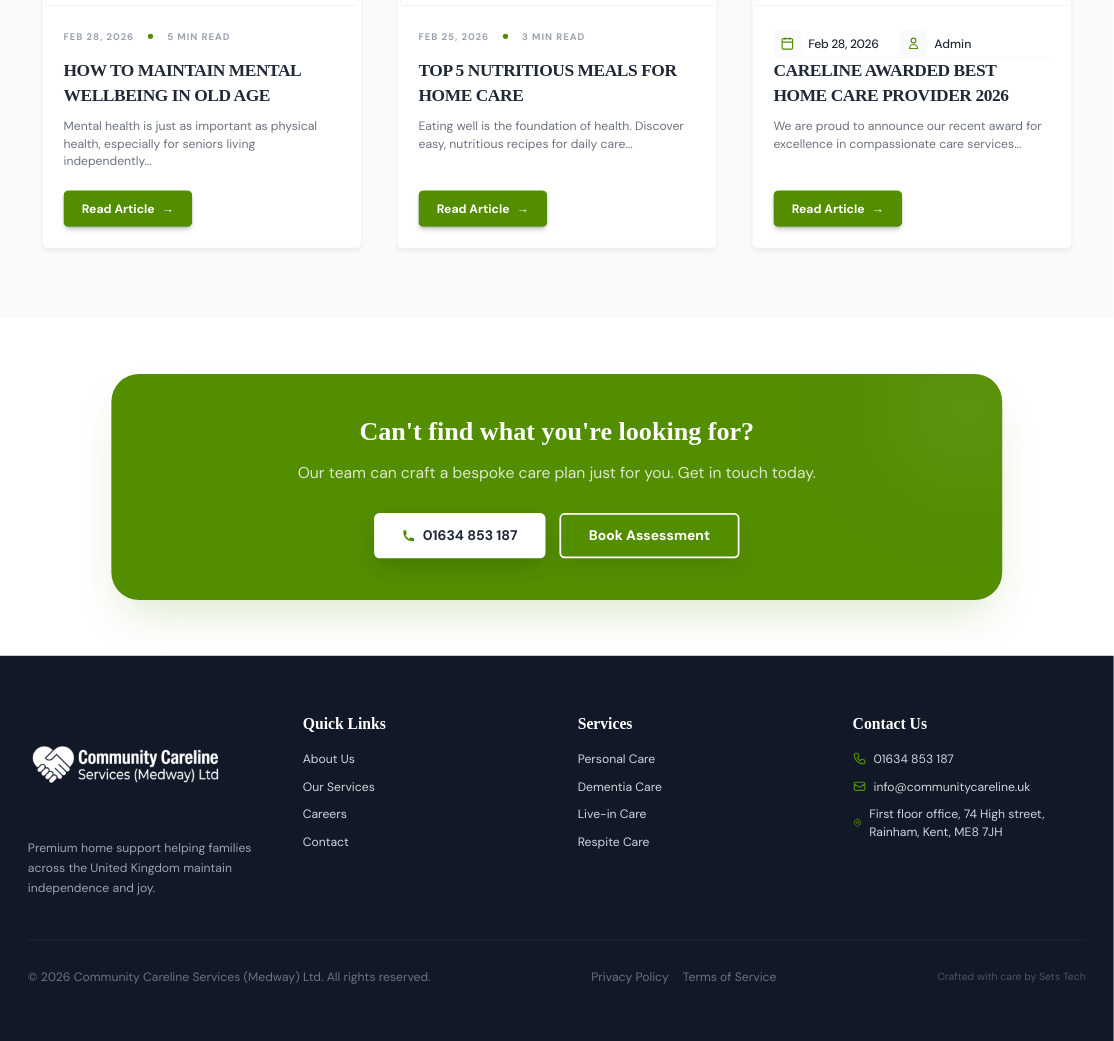
Repository: Iqbalhossen07/care
Page: http://localhost/blogs.php
These files come from the project's save history. The page is drawn as it stood at one moment and after the next save; the edit follows.
The browser window is 1280 px wide. The pictures show the part of the page from y = 740 to 1982 px (the page is 1937 px tall before and 1982 px after), at 87% of full size.
Some web fonts or font styles are not loaded; a fallback is used. Some web libraries are served in a nearby version. The page is run by PHP 8.4 with error messages shown; the project is at /var/www/html/.

Above is the page before, as saved 2026-02-28 08:07:53.

### blogs.php
<?php include('head.php') ?>

<body class="font-body text-gray-600 antialiased bg-white">
    <!-- header section  -->
    <?php include('header.php') ?>

    <!-- breadcrumb section -->
    <section class="relative h-[250px] flex items-center overflow-hidden bg-darkText">
        <div class="absolute inset-0 z-0">
            <img src="https://images.unsplash.com/photo-1499750310107-5fef28a66643?auto=format&fit=crop&w=1500&q=80"
                class="w-full h-full object-cover opacity-30" alt="Careline Blog">
            <div class="absolute inset-0 bg-gradient-to-r from-darkText via-darkText/90 to-transparent"></div>
        </div>

        <div class="max-w-7xl mx-auto px-6 lg:px-12 relative z-10 w-full">
            <nav class="flex mb-4 text-sm font-medium">
                <ol class="inline-flex items-center space-x-2">
                    <li><a href="index.php" class="text-gray-400 hover:text-brand transition-colors">Home</a></li>
                    <li class="text-gray-600">/</li>
                    <li class="text-brand font-bold uppercase tracking-widest text-[11px] md:text-sm">Blogs & News</li>
                </ol>
            </nav>
            <h1 class="font-heading text-4xl md:text-5xl font-bold text-white mb-2 tracking-tight">Expert Care Insights
            </h1>
            <p class="text-gray-300 text-lg max-w-2xl">Read our latest articles about health, home care, and wellbeing.
            </p>
        </div>
    </section>

    <!-- blog section -->
    <section class="py-20 bg-lightBg">
        <div class="max-w-7xl mx-auto px-6 lg:px-12">

            <div class="mb-12 flex flex-wrap items-center justify-between gap-6">
                <div class="flex flex-wrap gap-3" id="blog-filters">
                    <button data-filter="all"
                        class="filter-btn active px-6 py-2.5 rounded-full text-sm font-bold transition-all border border-brand bg-brand text-white shadow-lg shadow-brand/20">All
                        Posts</button>
                    <button data-filter="health"
                        class="filter-btn px-6 py-2.5 rounded-full text-sm font-bold transition-all border border-gray-200 bg-white text-darkText hover:border-brand/50 shadow-sm">Health
                        Tips</button>
                    <button data-filter="lifestyle"
                        class="filter-btn px-6 py-2.5 rounded-full text-sm font-bold transition-all border border-gray-200 bg-white text-darkText hover:border-brand/50 shadow-sm">Lifestyle</button>
                    <button data-filter="company"
                        class="filter-btn px-6 py-2.5 rounded-full text-sm font-bold transition-all border border-gray-200 bg-white text-darkText hover:border-brand/50 shadow-sm">Company
                        News</button>
                </div>

                <p class="text-sm font-medium text-gray-400 uppercase tracking-widest">Showing <span id="post-count"
                        class="text-brand">6</span> Articles</p>
            </div>

            <div class="grid grid-cols-1 md:grid-cols-2 lg:grid-cols-3 gap-8 md:gap-10" id="blog-container">

                <article
                    class="blog-card group bg-white rounded-md border border-gray-100 shadow-md shadow-black/5 hover:shadow-xl hover:shadow-black/10 transition-all duration-300 flex flex-col overflow-hidden"
                    data-category="health">
                    <div
                        class="relative h-60 overflow-hidden border-[6px] border-white ring-1 ring-black/5 m-1 rounded-sm">
                        <img src="https://images.unsplash.com/photo-1571019613454-1cb2f99b2d8b?auto=format&fit=crop&w=800&q=80"
                            class="w-full h-full object-cover transition-transform duration-700 group-hover:scale-110">
                        <span
                            class="absolute top-4 left-4 bg-brand text-white text-[10px] font-bold px-3 py-1 rounded-sm uppercase tracking-tighter">Health</span>
                    </div>
                    <div class="p-6 flex flex-col flex-1">
                        <div
                            class="flex items-center gap-4 mb-4 text-[11px] font-bold text-gray-400 uppercase tracking-widest">
                            <span>Feb 28, 2026</span>
                            <span class="w-1.5 h-1.5 rounded-full bg-brand"></span>
                            <span>5 Min Read</span>
                        </div>
                        <h3
                            class="font-heading text-xl font-bold text-darkText mb-3 group-hover:text-brand transition-colors line-clamp-2 uppercase tracking-tight">
                            How to Maintain Mental Wellbeing in Old Age</h3>
                        <p class="text-gray-500 text-sm mb-6 line-clamp-3">Mental health is just as important as
                            physical health, especially for seniors living independently...</p>

                        <a href="blog-details.php"
                            class="mt-auto self-start inline-flex items-center justify-center px-5 py-2.5 border border-transparent text-sm font-bold rounded-md text-white bg-brand hover:bg-brandDark shadow-md shadow-black/20 hover:shadow-lg hover:shadow-black/30 transition-all duration-300 transform hover:-translate-y-1 group/btn">
                            Read Article
                            <span
                                class="ml-2 transform group-hover/btn:translate-x-1 transition-transform">&rarr;</span>
                        </a>
                    </div>
                </article>

                <article
                    class="blog-card group bg-white rounded-md border border-gray-100 shadow-md shadow-black/5 hover:shadow-xl hover:shadow-black/10 transition-all duration-300 flex flex-col overflow-hidden"
                    data-category="lifestyle">
                    <div
                        class="relative h-60 overflow-hidden border-[6px] border-white ring-1 ring-black/5 m-1 rounded-sm">
                        <img src="https://images.unsplash.com/photo-1516733725897-1aa73b87c8e8?auto=format&fit=crop&w=800&q=80"
                            class="w-full h-full object-cover transition-transform duration-700 group-hover:scale-110">
                        <span
                            class="absolute top-4 left-4 bg-brand text-white text-[10px] font-bold px-3 py-1 rounded-sm uppercase tracking-tighter">Lifestyle</span>
                    </div>
                    <div class="p-6 flex flex-col flex-1">
                        <div
                            class="flex items-center gap-4 mb-4 text-[11px] font-bold text-gray-400 uppercase tracking-widest">
                            <span>Feb 25, 2026</span>
                            <span class="w-1.5 h-1.5 rounded-full bg-brand"></span>
                            <span>3 Min Read</span>
                        </div>
                        <h3
                            class="font-heading text-xl font-bold text-darkText mb-3 group-hover:text-brand transition-colors line-clamp-2 uppercase tracking-tight">
                            Top 5 Nutritious Meals for Home Care</h3>
                        <p class="text-gray-500 text-sm mb-6 line-clamp-3">Eating well is the foundation of health.
                            Discover easy, nutritious recipes for daily care...</p>

                        <a href="blog-details.php"
                            class="mt-auto self-start inline-flex items-center justify-center px-5 py-2.5 border border-transparent text-sm font-bold rounded-md text-white bg-brand hover:bg-brandDark shadow-md shadow-black/20 hover:shadow-lg hover:shadow-black/30 transition-all duration-300 transform hover:-translate-y-1 group/btn">
                            Read Article
                            <span
                                class="ml-2 transform group-hover/btn:translate-x-1 transition-transform">&rarr;</span>
                        </a>
                    </div>
                </article>

                <article
                    class="blog-card group bg-white rounded-md border border-gray-100 shadow-md shadow-black/5 hover:shadow-xl hover:shadow-black/10 transition-all duration-300 flex flex-col overflow-hidden"
                    data-category="company">
                    <div
                        class="relative h-60 overflow-hidden border-[6px] border-white ring-1 ring-black/5 m-1 rounded-sm">
                        <img src="https://images.unsplash.com/photo-1582213782179-e0d53f98f2ca?auto=format&fit=crop&w=800&q=80"
                            class="w-full h-full object-cover transition-transform duration-700 group-hover:scale-110">
                        <span
                            class="absolute top-4 left-4 bg-brand text-white text-[10px] font-bold px-3 py-1 rounded-sm uppercase tracking-tighter">Company</span>
                    </div>
                    <div class="p-6 flex flex-col flex-1">
                        <div class="flex flex-wrap items-center gap-6  border-b border-gray-100">

                            <div class="text-gray-500 text-sm flex items-center gap-2">
                                <div class="w-8 h-8 rounded-lg bg-lightBg flex items-center justify-center">
                                    <svg class="w-4 h-4 text-brand" fill="none" stroke="currentColor"
                                        viewBox="0 0 24 24" stroke-width="2">
                                        <rect x="3" y="4" width="18" height="18" rx="2" ry="2"></rect>
                                        <line x1="16" y1="2" x2="16" y2="6"></line>
                                        <line x1="8" y1="2" x2="8" y2="6"></line>
                                        <line x1="3" y1="10" x2="21" y2="10"></line>
                                    </svg>
                                </div>
                                <span class="font-medium text-darkText tracking-tight">Feb 28, 2026</span>
                            </div>
                            <div class="text-gray-500 text-sm flex items-center gap-2">
                                <div class="w-8 h-8 rounded-lg bg-lightBg flex items-center justify-center">
                                    <svg class="w-4 h-4 text-brand" fill="none" stroke="currentColor"
                                        viewBox="0 0 24 24" stroke-width="2">
                                        <path stroke-linecap="round" stroke-linejoin="round"
                                            d="M16 7a4 4 0 11-8 0 4 4 0 018 0zM12 14a7 7 0 00-7 7h14a7 7 0 00-7-7z" />
                                    </svg>
                                </div>
                                <span class="font-medium text-darkText">Admin</span>
                            </div>
                        </div>
                        <h3
                            class="font-heading text-xl font-bold text-darkText mb-3 group-hover:text-brand transition-colors line-clamp-2 uppercase tracking-tight">
                            Careline Awarded Best Home Care Provider 2026</h3>
                        <p class="text-gray-500 text-sm mb-6 line-clamp-3">We are proud to announce our recent award for
                            excellence in compassionate care services...</p>

                        <a href="blog-details.php"
                            class="mt-auto self-start inline-flex items-center justify-center px-5 py-2.5 border border-transparent text-sm font-bold rounded-md text-white bg-brand hover:bg-brandDark shadow-md shadow-black/20 hover:shadow-lg hover:shadow-black/30 transition-all duration-300 transform hover:-translate-y-1 group/btn">
                            Read Article
                            <span
                                class="ml-2 transform group-hover/btn:translate-x-1 transition-transform">&rarr;</span>
                        </a>
                    </div>
                </article>

            </div>
        </div>
    </section>

    <!-- cta section -->
    <?php include('cta.php') ?>

    <!-- footer section -->
    <?php include('footer.php') ?>

    <!-- js section -->
    <script src="main.js"></script>
</body>

</html>

### head.php
<!DOCTYPE html>
<html lang="en" class="scroll-smooth">

<head>
    <meta charset="UTF-8">
    <meta name="viewport" content="width=device-width, initial-scale=1.0">
    <title>Community Careline Services (Medway) Ltd</title>
    <link
        href="https://fonts.googleapis.com/css2?family=DM+Sans:wght@400;500;700&family=PT+Serif:ital,wght@0,400;0,700;1,400&display=swap"
        rel="stylesheet">
    <link rel="shortcut icon" href="img/favicon.PNG" type="image/x-icon">
    <script src="https://cdn.tailwindcss.com"></script>
    <script>
    tailwind.config = {
        theme: {
            extend: {
                colors: {
                    brand: '#538d00',
                    brandDark: '#7ab81f',
                    darkText: '#1f2937',
                    lightBg: '#f9fafb'
                },
                fontFamily: {
                    heading: ['"PT Serif"', 'serif'],
                    body: ['"DM Sans"', 'sans-serif'],
                }
            }
        }
    }
    </script>

    <link rel="stylesheet" href="style.css?v=<?= time(); ?>">
</head>

### cta.php
 <section class="py-16 bg-white px-6">
     <div
         class="max-w-5xl mx-auto bg-brand p-8 md:p-12 rounded-[2rem] shadow-2xl shadow-brand/20 relative overflow-hidden">

         <div class="absolute -top-10 -right-10 w-40 h-40 bg-white/10 rounded-full blur-3xl"></div>

         <div class="max-w-2xl mx-auto text-center relative z-10">
             <h2 class="font-heading text-2xl md:text-3xl font-bold text-white mb-4">
                 Can't find what you're looking for?
             </h2>
             <p class="text-white/80 text-base md:text-lg mb-8">
                 Our team can craft a bespoke care plan just for you. Get in touch today.
             </p>

             <div class="flex flex-row justify-center gap-3 md:gap-4">
                 <a href="tel:0800123456"
                     class="flex-1 sm:flex-none bg-white text-darkText px-4 sm:px-8 py-3 rounded-md font-bold text-xs sm:text-base hover:bg-gray-50 transition-all shadow-[0_10px_25px_-5px_rgba(0,0,0,0.2)] hover:shadow-[0_15px_30px_-5px_rgba(0,0,0,0.3)] transform hover:-translate-y-1 duration-300 flex items-center justify-center gap-2">
                     <svg class="w-3 h-3 sm:w-4 sm:h-4 text-brand" fill="currentColor" viewBox="0 0 20 20">
                         <path
                             d="M2 3a1 1 0 011-1h2.153a1 1 0 01.986.836l.74 4.435a1 1 0 01-.54 1.06l-1.548.773a11.037 11.037 0 005.454 5.454l.774-1.548a1 1 0 011.06-.54l4.435.74a1 1 0 01.836.986V17a1 1 0 01-1 1h-2C7.82 18 2 12.18 2 5V3z">
                         </path>
                     </svg>
                     <span class="whitespace-nowrap">01634 853 187</span>
                 </a>

                 <a href="contact.php"
                     class="flex-1 sm:flex-none border-2 border-white text-white px-4 sm:px-8 py-3 rounded-md font-bold text-xs sm:text-base hover:bg-white hover:text-brand transition-all shadow-[0_10px_25px_-5px_rgba(0,0,0,0.1)] hover:shadow-[0_15px_30px_-5px_rgba(0,0,0,0.2)] transform hover:-translate-y-1 duration-300 flex items-center justify-center">
                     <span class="whitespace-nowrap">Book Assessment</span>
                 </a>
             </div>
         </div>
     </div>
 </section>

### footer.php
  <footer class="bg-[#111827] text-gray-300 py-16">
      <div class="max-w-7xl mx-auto px-6 lg:px-8">
          <div class="grid grid-cols-1 md:grid-cols-4 gap-12 border-b border-gray-800 pb-12 mb-8">
              <div class="col-span-1 md:col-span-1 flex flex-col items-start">
                  <a href="index.php" class="group inline-flex items-center mb-6">
                      <div class="w-48 md:w-56 h-auto ">
                          <img src="img/logo.png" alt="Community Careline Services (Medway) Ltd"
                              class="w-full h-full object-contain brightness-0 invert">
                      </div>
                  </a>

                  <p class="text-sm text-gray-400 leading-relaxed max-w-xs">
                      Premium home support helping families across the United Kingdom maintain independence and joy.
                  </p>
              </div>

              <div>
                  <h4 class="text-white font-bold font-heading mb-4 text-lg">Quick Links</h4>
                  <ul class="space-y-3 text-sm">
                      <li><a href="#about" class="hover:text-brand transition-colors">About Us</a></li>
                      <li><a href="#services" class="hover:text-brand transition-colors">Our Services</a></li>
                      <li><a href="#" class="hover:text-brand transition-colors">Careers</a></li>
                      <li><a href="#" class="hover:text-brand transition-colors">Contact</a></li>
                  </ul>
              </div>

              <div>
                  <h4 class="text-white font-bold font-heading mb-4 text-lg">Services</h4>
                  <ul class="space-y-3 text-sm">
                      <li><a href="#" class="hover:text-brand transition-colors">Personal Care</a></li>
                      <li><a href="#" class="hover:text-brand transition-colors">Dementia Care</a></li>
                      <li><a href="#" class="hover:text-brand transition-colors">Live-in Care</a></li>
                      <li><a href="#" class="hover:text-brand transition-colors">Respite Care</a></li>
                  </ul>
              </div>

              <div>
                  <h4 class="text-white font-bold font-heading mb-4 text-lg">Contact Us</h4>
                  <ul class="space-y-3 text-sm">
                      <li class="flex items-center gap-2"><svg class="w-4 h-4 text-brand" fill="none"
                              stroke="currentColor" viewBox="0 0 24 24">
                              <path stroke-linecap="round" stroke-linejoin="round" stroke-width="2"
                                  d="M3 5a2 2 0 012-2h3.28a1 1 0 01.948.684l1.498 4.493a1 1 0 01-.502 1.21l-2.257 1.13a11.042 11.042 0 005.516 5.516l1.13-2.257a1 1 0 011.21-.502l4.493 1.498a1 1 0 01.684.949V19a2 2 0 01-2 2h-1C9.716 21 3 14.284 3 6V5z" />
                          </svg> 01634 853 187</li>
                      <li class="flex items-center gap-2"><svg class="w-4 h-4 text-brand" fill="none"
                              stroke="currentColor" viewBox="0 0 24 24">
                              <path stroke-linecap="round" stroke-linejoin="round" stroke-width="2"
                                  d="M3 8l7.89 5.26a2 2 0 002.22 0L21 8M5 19h14a2 2 0 002-2V7a2 2 0 00-2-2H5a2 2 0 00-2 2v10a2 2 0 002 2z" />
                          </svg> info@communitycareline.uk</li>
                      <li class="flex items-center gap-2"><svg class="w-4 h-4 text-brand" fill="none"
                              stroke="currentColor" viewBox="0 0 24 24">
                              <path stroke-linecap="round" stroke-linejoin="round" stroke-width="2"
                                  d="M17.657 16.657L13.414 20.9a1.998 1.998 0 01-2.827 0l-4.244-4.243a8 8 0 1111.314 0z" />
                              <path stroke-linecap="round" stroke-linejoin="round" stroke-width="2"
                                  d="M15 11a3 3 0 11-6 0 3 3 0 016 0z" />
                          </svg> First floor office, 74 High street,
                          Rainham, Kent, ME8 7JH</li>
                  </ul>
              </div>
          </div>

          <div class="flex flex-col md:flex-row justify-between items-center text-sm text-gray-500">
              <p>&copy; 2026 Community Careline Services (Medway) Ltd. All rights reserved.</p>
              <div class="flex space-x-4 mt-4 md:mt-0">
                  <a href="#" class="hover:text-white transition-colors">Privacy Policy</a>
                  <a href="#" class="hover:text-white transition-colors">Terms of Service</a>
              </div>
              <p class="text-xs text-gray-600 mt-4 md:mt-0">Crafted with care by Sets Tech</p>
          </div>
      </div>
  </footer>

### style.css
@keyframes scroll-left {
  0% {
    transform: translateX(0);
  }

  100% {
    transform: translateX(-50%);
  }
}

.animate-marquee {
  display: flex;
  width: max-content;
  animation: scroll-left 60s linear infinite;
}

.animate-marquee:hover {
  animation-play-state: paused;
  /* Pause on hover so users can read */
}

.description {
  display: -webkit-box;
  -webkit-line-clamp: 2; /* কয় লাইন দেখাবে */
  -webkit-box-orient: vertical;
  overflow: hidden; /* এটি না থাকলে বাকি লেখাগুলো নিচে দেখা যাবে */
}

Loaded but not shown: main.js (163 lines, source omitted); header.php (73 lines, source omitted)

After the next save:
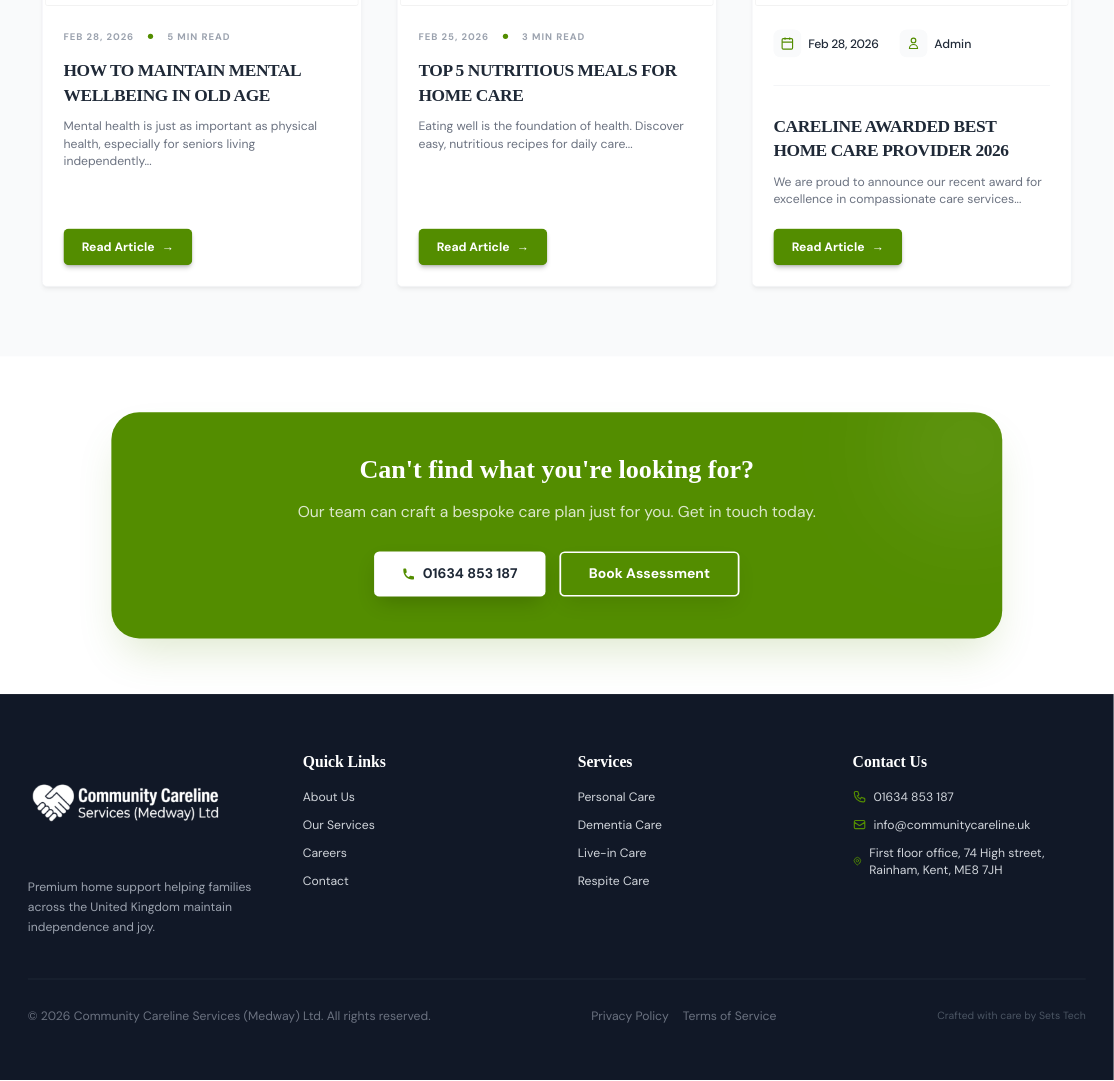
Saved 8 s later.
--- a/blogs.php
+++ b/blogs.php
@@ -127,7 +127,7 @@
                             class="absolute top-4 left-4 bg-brand text-white text-[10px] font-bold px-3 py-1 rounded-sm uppercase tracking-tighter">Company</span>
                     </div>
                     <div class="p-6 flex flex-col flex-1">
-                        <div class="flex flex-wrap items-center gap-6  border-b border-gray-100">
+                        <div class="flex flex-wrap items-center gap-6 mb-8 pb-8 border-b border-gray-100">
 
                             <div class="text-gray-500 text-sm flex items-center gap-2">
                                 <div class="w-8 h-8 rounded-lg bg-lightBg flex items-center justify-center">
